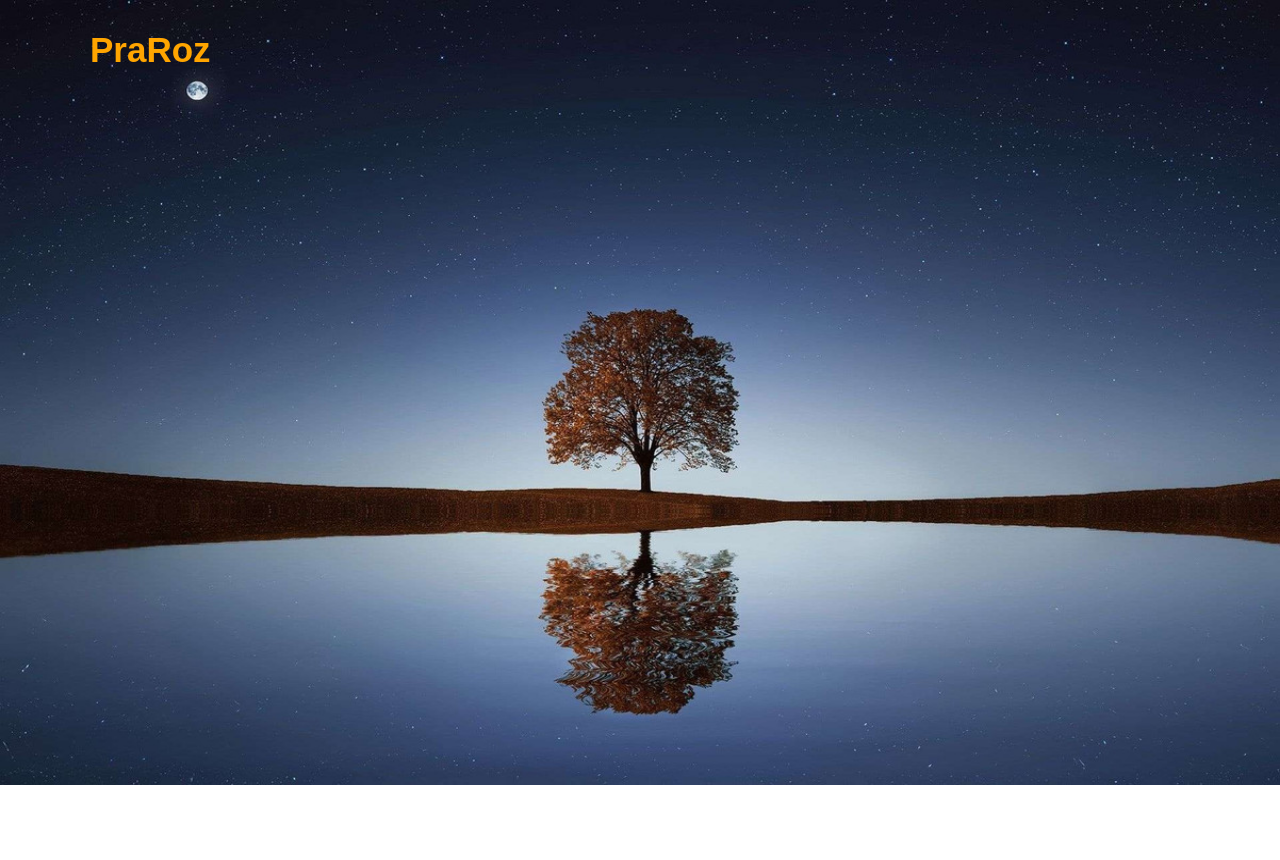
Repository: HuynhDuc23/project3
Page: index.html
An editor plug-in stored every save of this project. The page is shown before and after the next save, followed by the edit.
The browser window is 1280 px wide. The pictures show the whole page.

Above is the page before, as saved 2023-05-03 15:35:34.

After the next save:
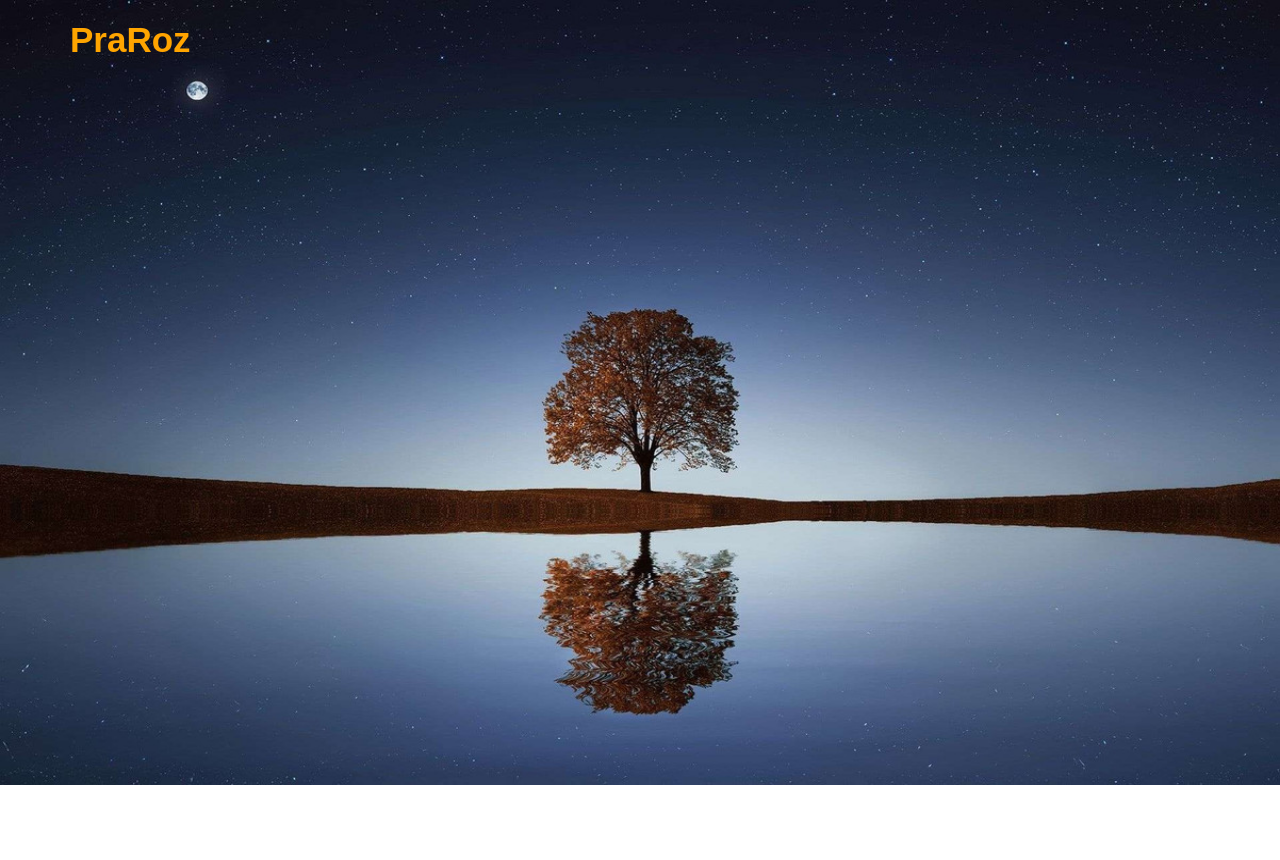
Saved 14 s later.
--- a/style.css
+++ b/style.css
@@ -29,7 +29,7 @@
     color: orange;
     font-size: 35px;
     font-family: Arial, Helvetica, sans-serif;
-    padding-left: 20px;
+    /* padding-left: 20px;
     float: left;
-    padding-top: 10px;
+    padding-top: 10px; */
 }

After the save that followed:
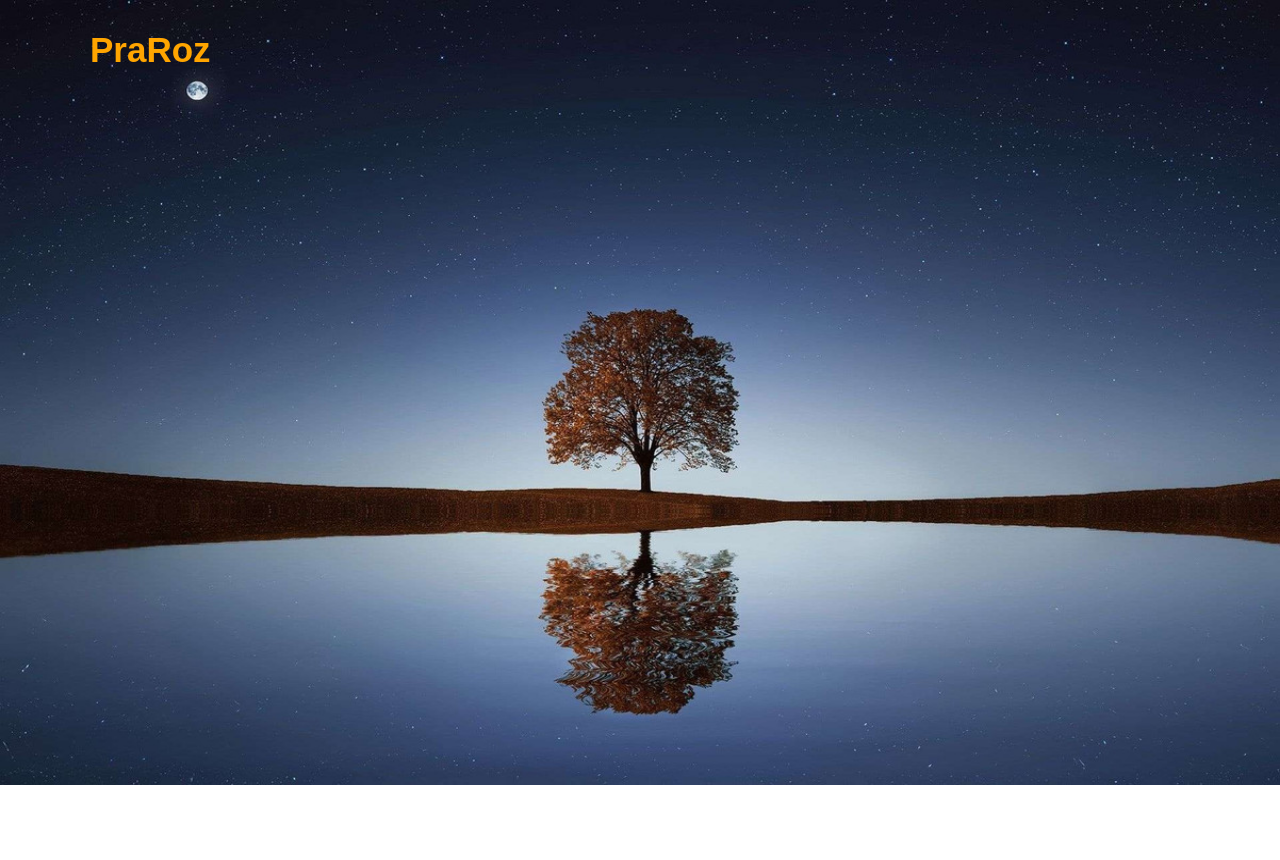
Saved 6 s later.
--- a/style.css
+++ b/style.css
@@ -29,7 +29,7 @@
     color: orange;
     font-size: 35px;
     font-family: Arial, Helvetica, sans-serif;
-    /* padding-left: 20px;
+    padding-left: 20px;
     float: left;
-    padding-top: 10px; */
+    padding-top: 10px;
 }
